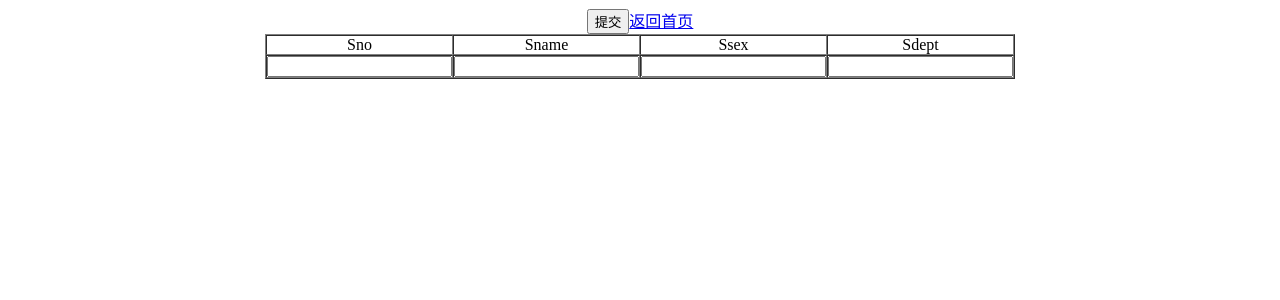
Repository: YuHaoXiang/Yhx
Page: http://localhost/StudentMsg/add.jsp
An editor plug-in stored every save of this project. The page is shown before and after the next save, followed by the edit.
The browser window is 1280 px wide. The pictures show the whole page.
The page is served by Tomcat 9.

Above is the page before, as saved 2016-03-06 06:06:25.

After the next save:
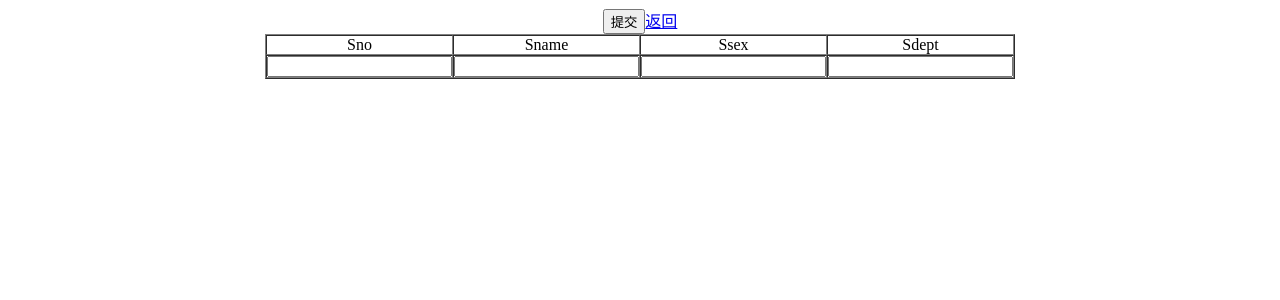
Saved 16 s later.
--- a/StudentMsg/WebContent/add.jsp
+++ b/StudentMsg/WebContent/add.jsp
@@ -25,7 +25,7 @@
 	<td  align="center"><input type="text" name="dept"></td>
 </tr>
 <tr><input type="submit" value="提交"></tr>
-<tr><a href="/StudentMsg/main.jsp">返回首页</a></tr>
+<tr><a href="/StudentMsg/main.jsp">返回</a></tr>
 </table>
 </form>
 </center>
